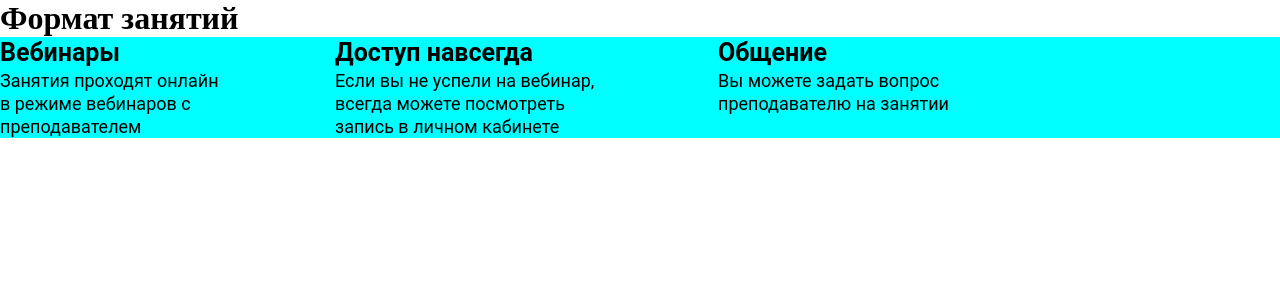
Repository: mirali879/previous-proj
Page: index.html
The author's editor kept a copy of each file at every save. The page is drawn from the files as they stood at one save, then again after the next save.
The browser window is 1280 px wide. The pictures show the whole page.

Above is the page before, as saved 2023-05-06 19:07:28.

After the next save:
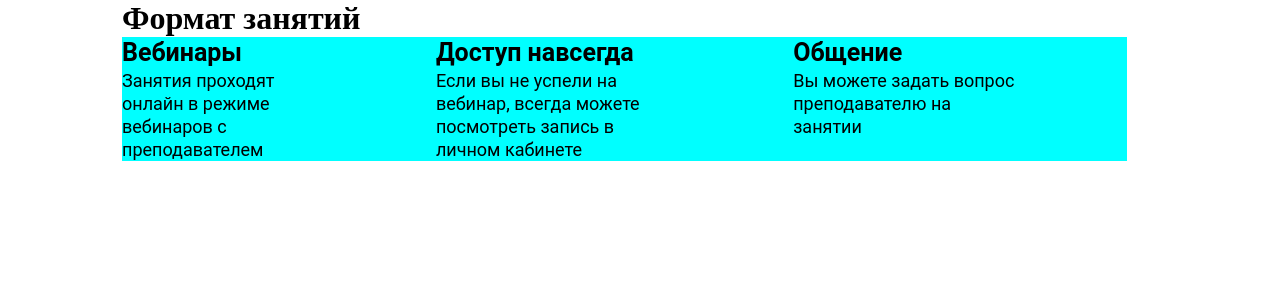
Saved 4 s later.
--- a/style.css
+++ b/style.css
@@ -3,7 +3,7 @@
   padding: 0;
 }
 
-.container {
+.page-1 {
   padding: 0 153px 0 122px;
 }
 
